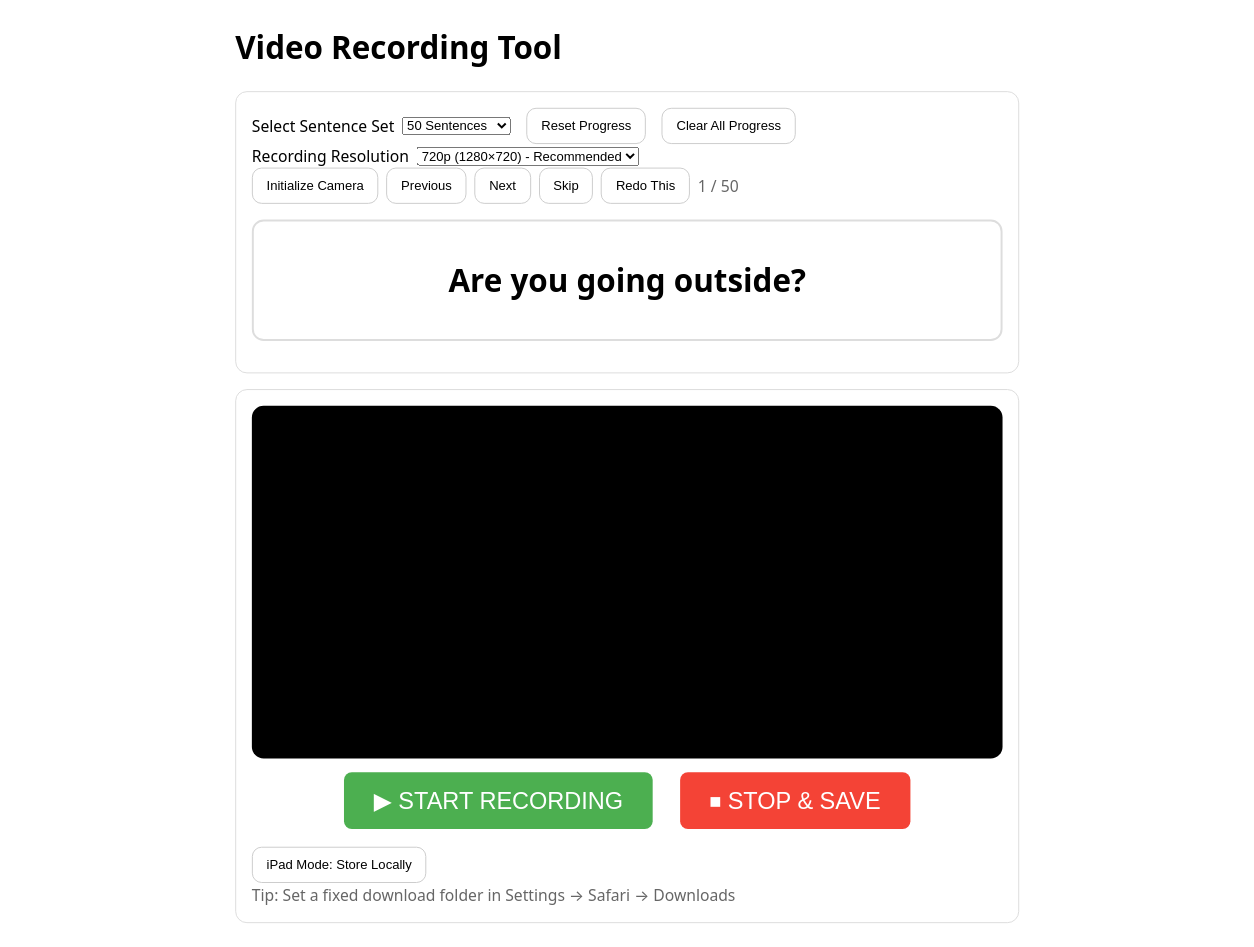
Repository: video2speech/video2speech.github.io
Page: index.html
The author's editor kept a copy of each file at every save. The page is drawn from the files as they stood at one save, then again after the next save.
The browser window is 1280 px wide. The pictures show the whole page, at 98% of full size.

Above is the page before, as saved 2025-09-04 06:24:35.

After the next save:
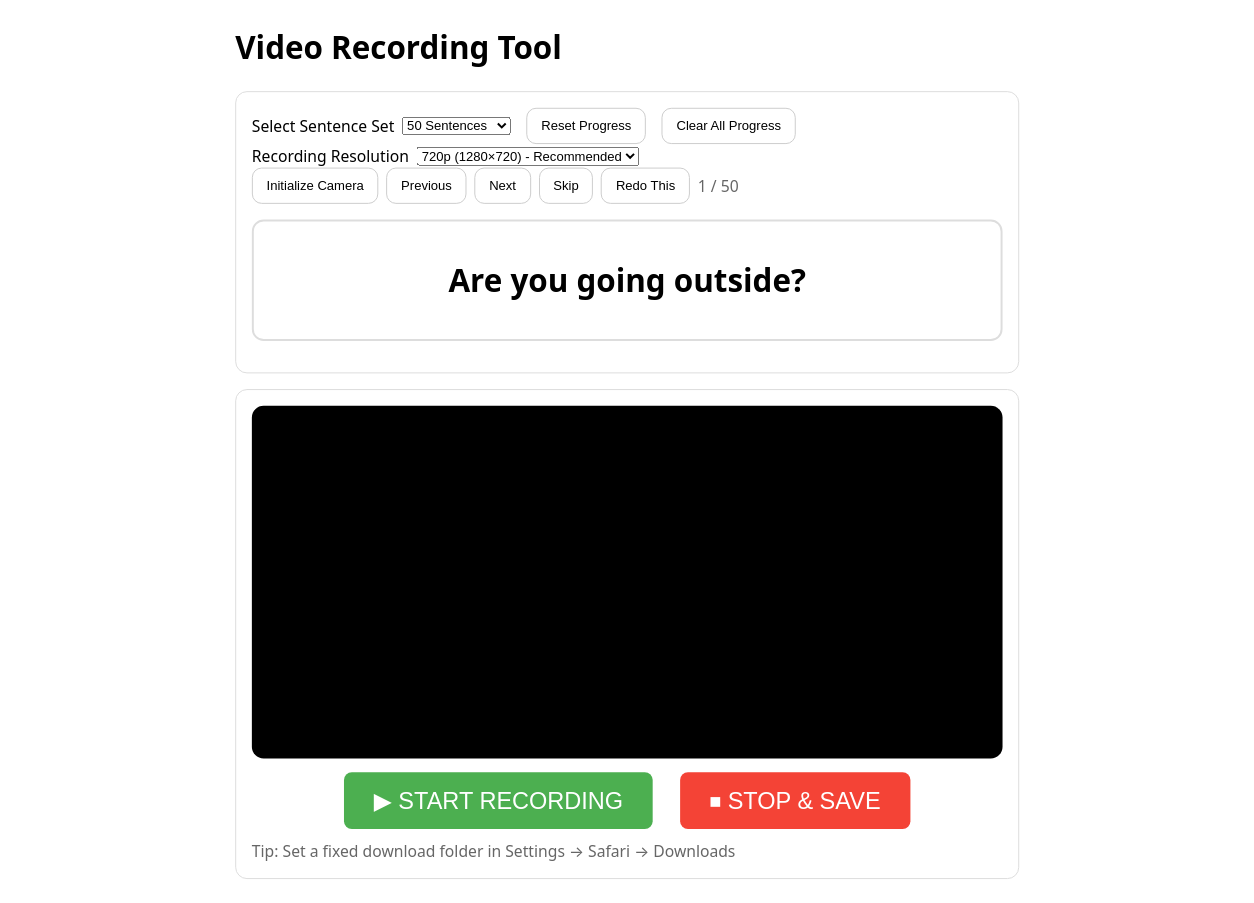
Saved 6 s later.
--- a/index.html
+++ b/index.html
@@ -56,9 +56,6 @@
     <div class="row" style="justify-content: center; margin-top: 10px;">
       <div id="recordingStatus" style="font-size: 1.2rem; font-weight: bold; color: #f44336; display: none;">🔴 RECORDING IN PROGRESS</div>
     </div>
-    <div class="row" style="margin-top:8px">
-      <button id="downloadMode" onclick="toggleDownloadMode()">iPad Mode: Store Locally</button>
-    </div>
     <div class="row">
       <button id="viewStored" style="display:none">View Stored Videos (0)</button>
       <button id="downloadAll" style="display:none">Download All</button>
